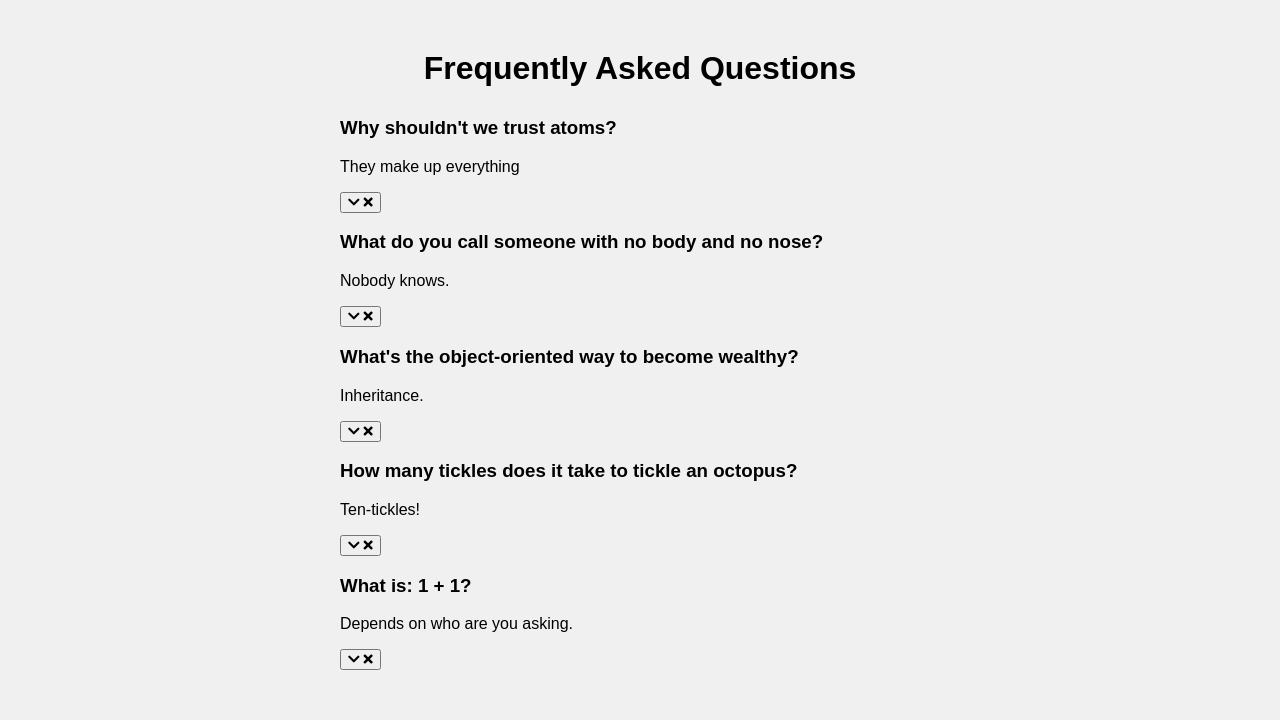
Repository: Williamlmachado/F.A.Q
Page: index.html
These files come from the project's save history. The page is drawn as it stood at one moment and after the next save; the edit follows.
The browser window is 1280 px wide. The pictures show the whole page.
Some web fonts or font styles are not loaded; a fallback is used. Some web libraries are served in a nearby version.

Above is the page before, as saved 2021-08-23 09:03:50.

### index.html
<!DOCTYPE html>
<html lang="en">
  <head>
    <meta charset="UTF-8" />
    <meta name="viewport" content="width=device-width, initial-scale=1.0" />
    <link rel="stylesheet" href="https://cdnjs.cloudflare.com/ajax/libs/font-awesome/5.14.0/css/all.min.css" integrity="sha512-1PKOgIY59xJ8Co8+NE6FZ+LOAZKjy+KY8iq0G4B3CyeY6wYHN3yt9PW0XpSriVlkMXe40PTKnXrLnZ9+fkDaog==" crossorigin="anonymous" />
    <link rel="stylesheet" href="style.css" />
    <title>FAQ</title>
  </head>
  <body>
    <h1>Frequently Asked Questions</h1>
    <div class="faq-container">
      <div class="faq active">
        <h3 class="faq-title">
          Why shouldn't we trust atoms?
        </h3>

        <p class="faq-text">
          They make up everything
        </p>

        <button class="faq-toggle">
          <i class="fas fa-chevron-down"></i>
          <i class="fas fa-times"></i>
        </button>
      </div>

      <div class="faq">
        <h3 class="faq-title">
          What do you call someone with no body and no nose?
        </h3>
        <p class="faq-text">
          Nobody knows.
        </p>
        <button class="faq-toggle">
          <i class="fas fa-chevron-down"></i>
          <i class="fas fa-times"></i>
        </button>
      </div>

      <div class="faq">
        <h3 class="faq-title">
          What's the object-oriented way to become wealthy?
        </h3>
        <p class="faq-text">
          Inheritance.
        </p>
        <button class="faq-toggle">
          <i class="fas fa-chevron-down"></i>
          <i class="fas fa-times"></i>
        </button>
      </div>

      <div class="faq">
        <h3 class="faq-title">
          How many tickles does it take to tickle an octopus?
        </h3>
        <p class="faq-text">
          Ten-tickles!
        </p>
        <button class="faq-toggle">
          <i class="fas fa-chevron-down"></i>
          <i class="fas fa-times"></i>
        </button>
      </div>

      <div class="faq">
        <h3 class="faq-title">
          What is: 1 + 1?
        </h3>
        <p class="faq-text">
          Depends on who are you asking.
        </p>
        <button class="faq-toggle">
          <i class="fas fa-chevron-down"></i>
          <i class="fas fa-times"></i>
        </button>
      </div>
    </div>
    <script src="script.js"></script>
  </body>
</html>

### style.css
@import url('https://fonts.googleapis.com/css?family=Muli&display=swap');

* {
  box-sizing: border-box;
}

body {
  font-family: 'Muli', sans-serif;
  background-color: #f0f0f0;
}

h1 {
  margin: 50px 0 30px;
  text-align: center;
}

.faq-container {
  max-width: 600px;
  margin: 0 auto;
}

Loaded but not shown: script.js (no copy from this time; the picture is the same without it)

After the next save:
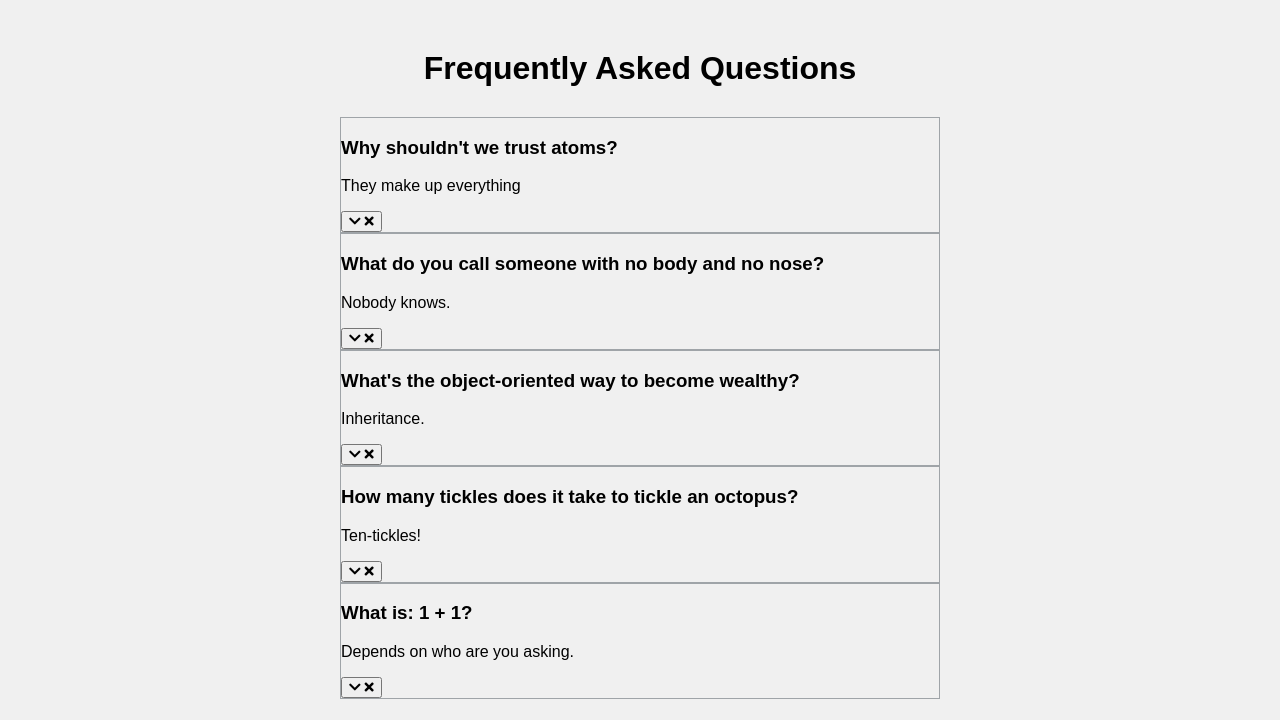
Saved 73 s later.
--- a/style.css
+++ b/style.css
@@ -18,3 +18,8 @@ h1 {
   max-width: 600px;
   margin: 0 auto;
 }
+.faq{
+    background-color: transparent;
+    border: 1px solid #9fa4a8;
+    border-radius: ;
+}
